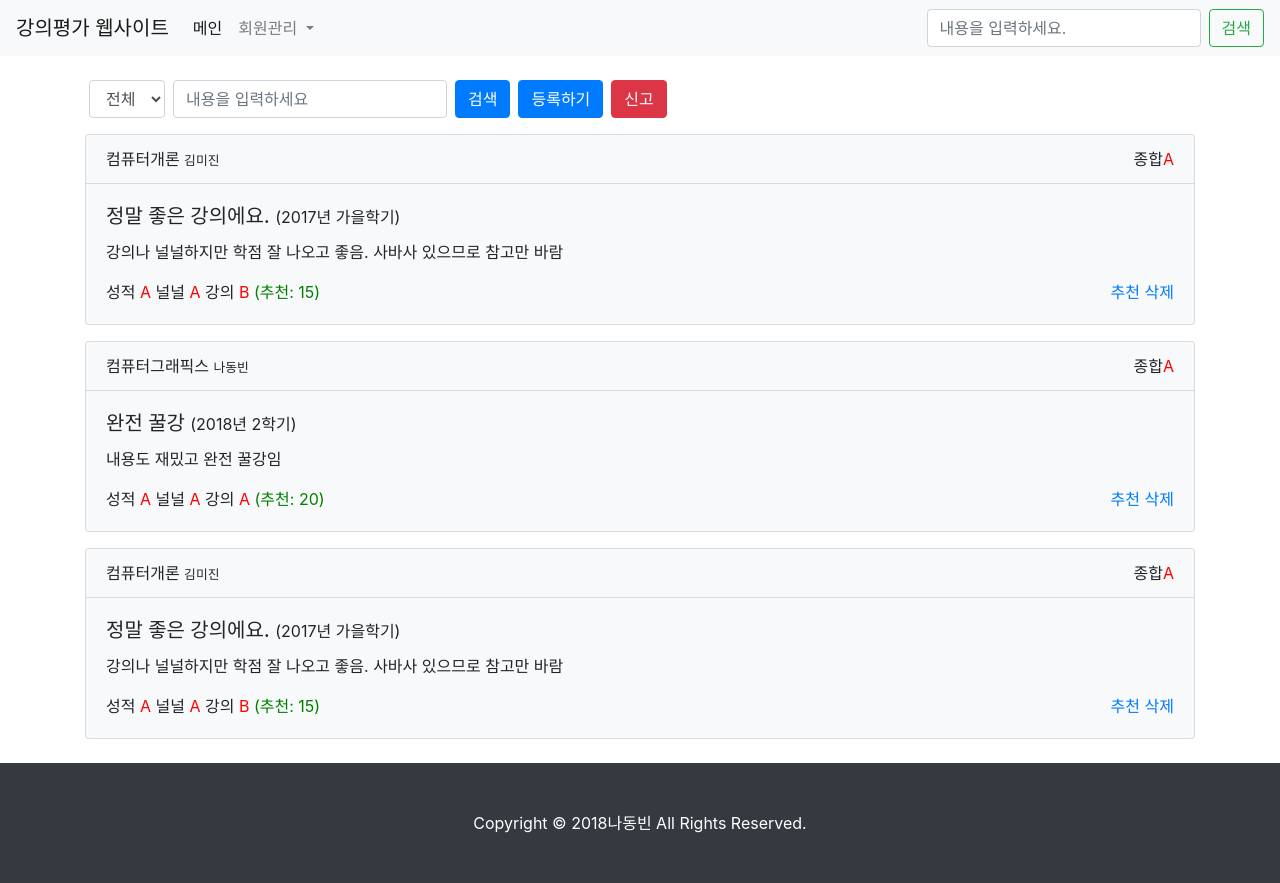
Repository: mijin99/lecture-evaluation
Page: http://localhost/Lecture_Evaluation/
These files come from the project's save history. The page is drawn as it stood at one moment and after the next save; the edit follows.
The browser window is 1280 px wide. The pictures show the whole page.
The page is served by Tomcat 9.

Above is the page before, as saved 2020-12-24 17:35:20.

After the next save:
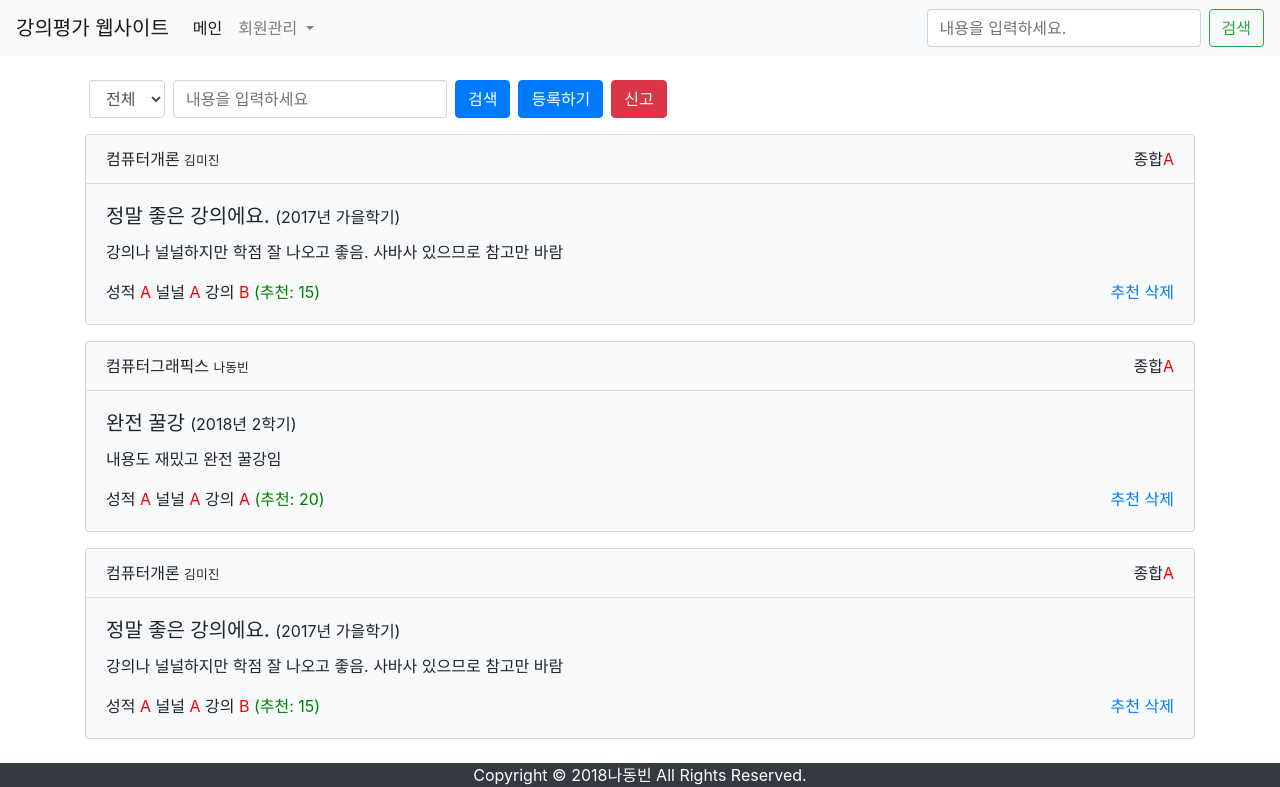
Saved 21 s later.
--- a/Lecture Evaluation/WebContent/index.jsp
+++ b/Lecture Evaluation/WebContent/index.jsp
@@ -359,7 +359,7 @@
 		</div>
 
 	<!--					마진탑 4 패딩 5 센터  -->
-	<footer class="bg-dark mt-4 p-5 text-center" style="color: #FFFFFF;">
+	<footer class="bg-dark mt-4  text-center" style="color: #FFFFFF;">
 		Copyright &copy; 2018나동빈 All Rights Reserved.
 	</footer>
 

After the save that followed:
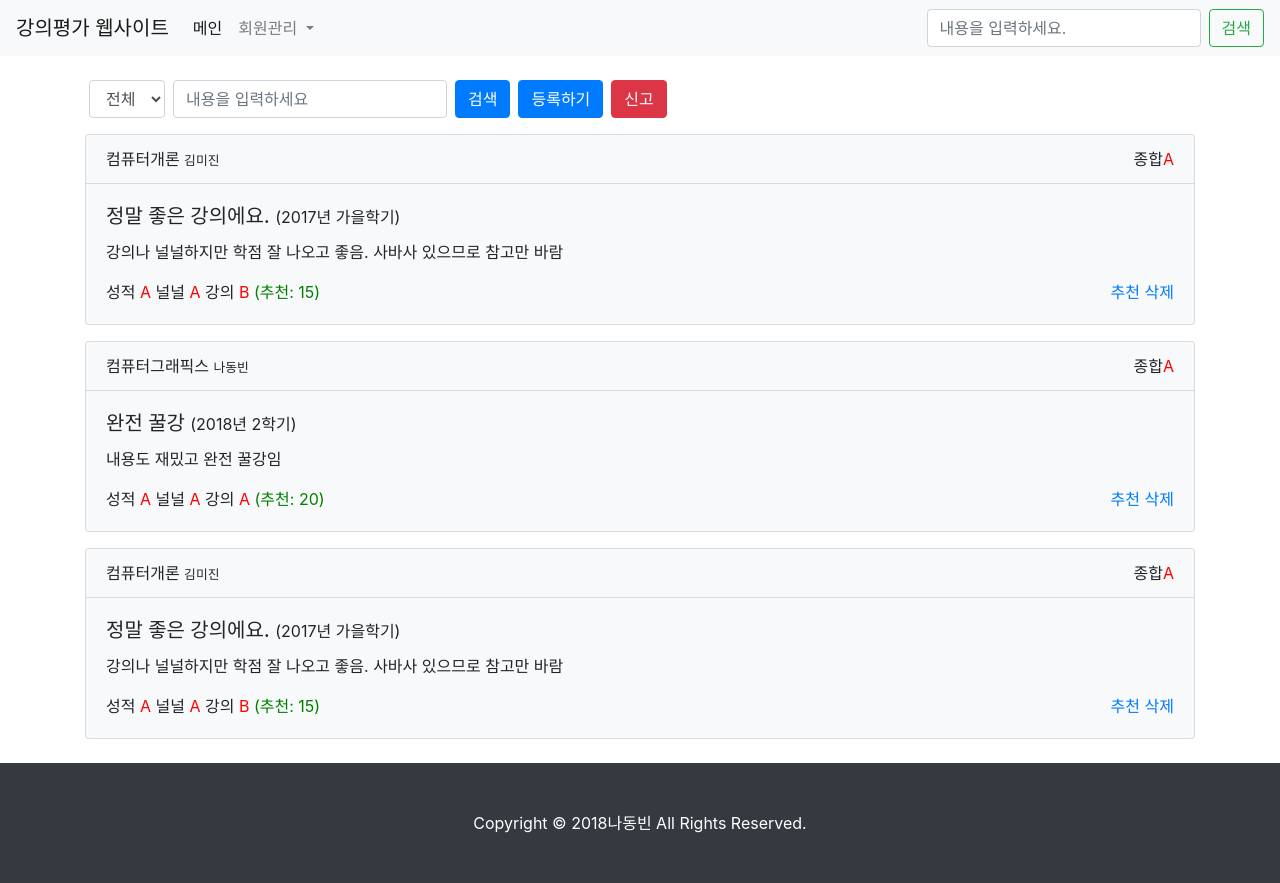
Saved 9 s later.
--- a/Lecture Evaluation/WebContent/index.jsp
+++ b/Lecture Evaluation/WebContent/index.jsp
@@ -359,7 +359,7 @@
 		</div>
 
 	<!--					마진탑 4 패딩 5 센터  -->
-	<footer class="bg-dark mt-4  text-center" style="color: #FFFFFF;">
+	<footer class="bg-dark mt-4 p-5  text-center" style="color: #FFFFFF;">
 		Copyright &copy; 2018나동빈 All Rights Reserved.
 	</footer>
 
